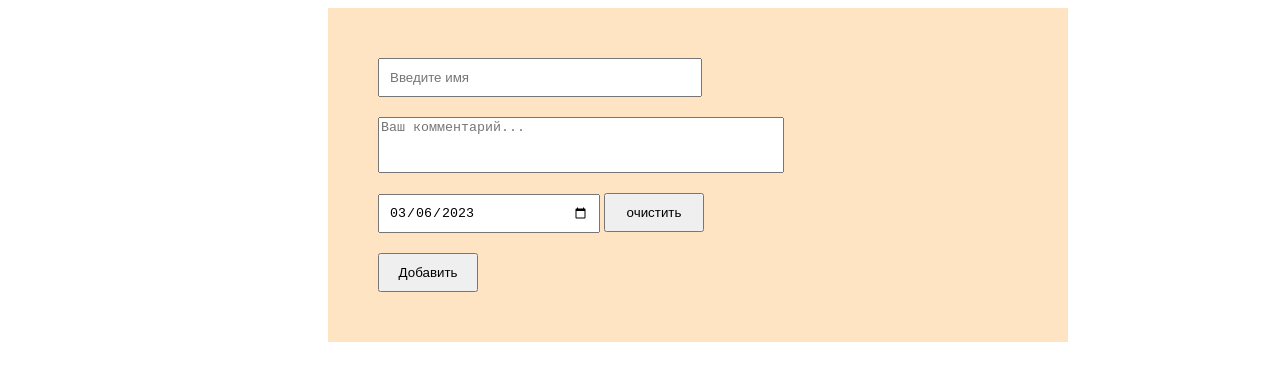
Repository: Grid-Master/commentList
Page: index.html
An editor plug-in stored every save of this project. The page is shown before and after the next save, followed by the edit.
The browser window is 1280 px wide. The pictures show the whole page.

Above is the page before, as saved 2023-03-07 19:37:50.

After the next save:
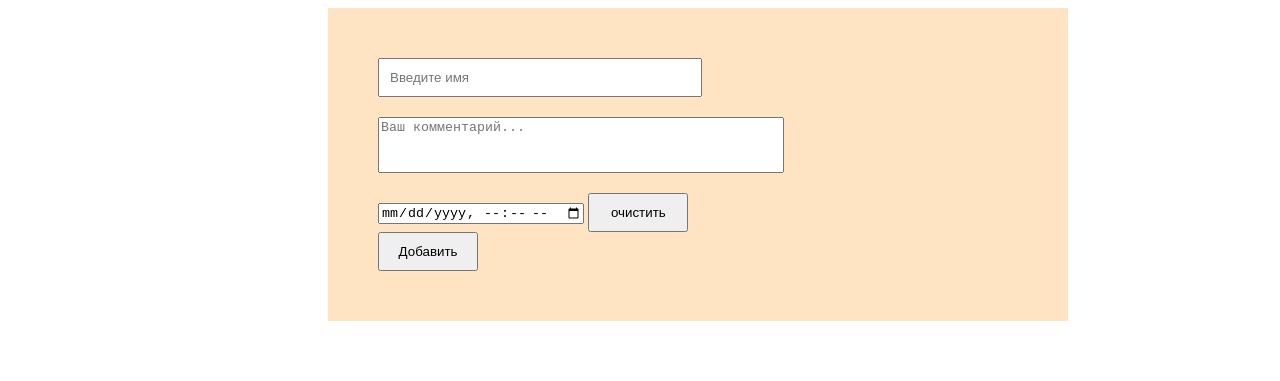
Console error (its wording comes from the project's code and is left out).
Saved 89 s later.
--- a/index.html
+++ b/index.html
@@ -44,7 +44,7 @@
       <input id="name" type="text" placeholder="Введите имя" required />
       <textarea id="comment" placeholder="Ваш комментарий..." required></textarea>
       <div>
-        <input type="date" id="date" />
+        <input type="datetime-local" id="date" />
         <button type="button" onclick="clearDate()">очистить</button>
       </div>
       <button type="submit">Добавить</button>

After the 3 saves that followed:
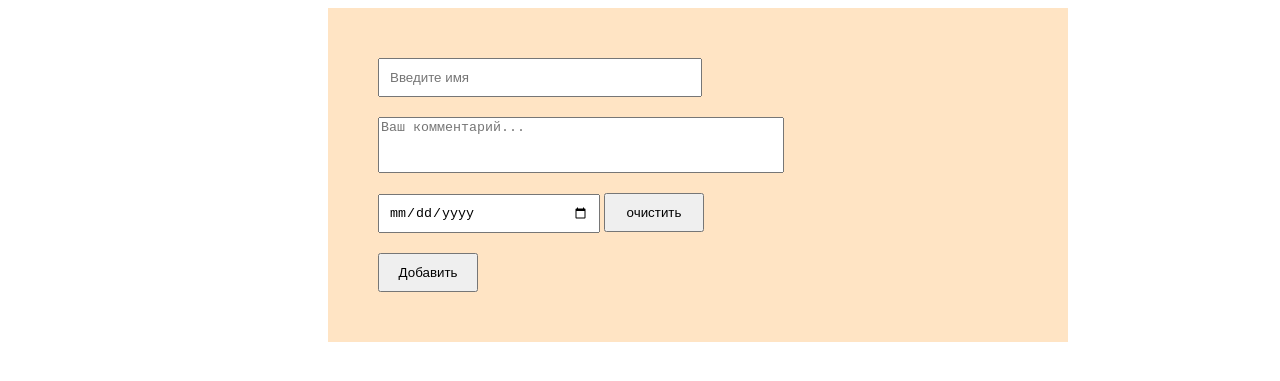
Console error (its wording comes from the project's code and is left out).
The 3 saves are shown as one change because 2 left the picture as it was.
The last was saved 62 s later.
--- a/index.html
+++ b/index.html
@@ -44,7 +44,7 @@
       <input id="name" type="text" placeholder="Введите имя" required />
       <textarea id="comment" placeholder="Ваш комментарий..." required></textarea>
       <div>
-        <input type="datetime-local" id="date" />
+        <input type="date" id="date" />
         <button type="button" onclick="clearDate()">очистить</button>
       </div>
       <button type="submit">Добавить</button>
--- a/script.js
+++ b/script.js
@@ -1,6 +1,6 @@
-document.getElementById('date').valueAsDate = new Date();
+document.getElementById('date').valueAsDate = new Date().toLocaleString();
 let xx = new Date();
-console.log(xx.toLocaleTimeString());
+console.log(xx.toLocaleString());
 
 function clearDate() {
   document.getElementById('date').valueAsDate = null;
